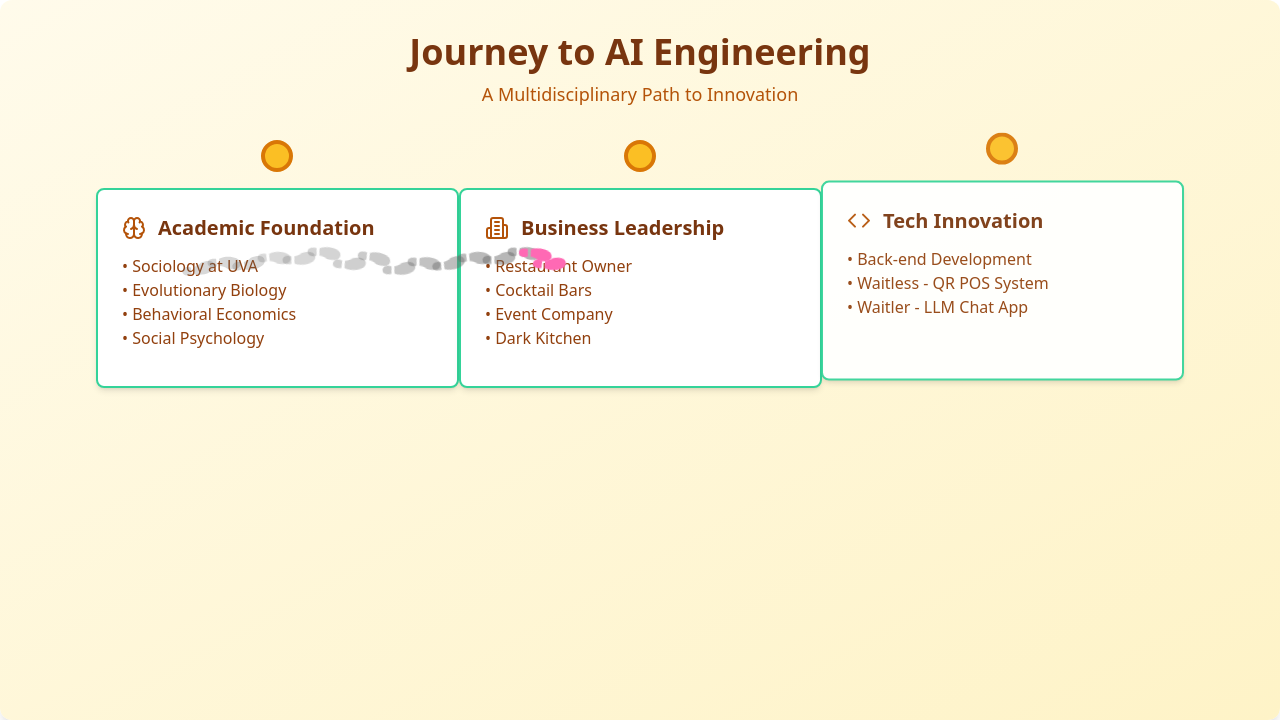
Repository: Galbaz1/dell_presentation
Page: /
These files come from the project's save history. The page is drawn as it stood at one moment and after the next save; the edit follows.
The browser window is 1280 px wide. The pictures show the whole page.
The project was rebuilt for these pictures with package versions that can differ from the ones it lists, and the page was loaded fresh each time. The framework's server and built-in components were replaced by stand-ins that run in the browser.

Above is the page before, as saved 2024-11-11 13:34:25.

### pages/_app.tsx
import '../styles/globals.css'
import '../styles/speaker_intro.css'
import type { AppProps } from 'next/app'

function MyApp({ Component, pageProps }: AppProps) {
  return <Component {...pageProps} />
}

export default MyApp

### pages/index.tsx
import React from 'react';
import { Brain, Building2, Code, Users, ArrowRight, RefreshCcw } from 'lucide-react';
import FootstepsAnimation from '../components/FootstepsAnimation';

const SpeakerSlide: React.FC = () => {
  return (
    <div className="bg-gradient-to-br from-amber-50 to-amber-100 p-8 rounded-xl shadow-lg min-h-screen overflow-hidden">
      {/* Header */}
      <div className="mb-12 text-center">
        <h1 className="text-4xl font-bold text-amber-900 mb-2">Journey to AI Engineering</h1>
        <p className="text-lg text-amber-700">A Multidisciplinary Path to Innovation</p>
      </div>

      {/* Journey Map */}
      <div className="relative mb-16 mx-auto max-w-[1400px]">
        <FootstepsAnimation />
        {/* Journey Stations */}
        <div className="relative flex justify-between items-center px-16">
          {/* Academic Foundation */}
          <div className="w-96 relative fall-animation">
            <div className="absolute -top-4 left-1/2 transform -translate-x-1/2">
              <div className="w-8 h-8 rounded-full bg-amber-400 border-4 border-amber-600" />
            </div>
            <div className="bg-white p-6 rounded-lg shadow-md mt-8 h-[200px] flex flex-col border-2 border-emerald-400">
              <h2 className="text-xl font-semibold text-amber-900 mb-3 flex items-center">
                <Brain className="mr-3 text-amber-700 w-6 h-6" /> Academic Foundation
              </h2>
              <ul className="text-base text-amber-800 flex-1">
                <li>• Sociology at UVA</li>
                <li>• Evolutionary Biology</li>
                <li>• Behavioral Economics</li>
                <li>• Social Psychology</li>
              </ul>
            </div>
          </div>

          {/* Business Experience */}
          <div className="w-96 relative fall-animation fall-animation-delay-1">
            <div className="absolute -top-4 left-1/2 transform -translate-x-1/2">
              <div className="w-8 h-8 rounded-full bg-amber-400 border-4 border-amber-600" />
            </div>
            <div className="bg-white p-6 rounded-lg shadow-md mt-8 h-[200px] flex flex-col border-2 border-emerald-400">
              <h2 className="text-xl font-semibold text-amber-900 mb-3 flex items-center">
                <Building2 className="mr-3 text-amber-700 w-6 h-6" /> Business Leadership
              </h2>
              <ul className="text-base text-amber-800 flex-1">
                <li>• Restaurant Owner</li>
                <li>• Cocktail Bars</li>
                <li>• Event Company</li>
                <li>• Dark Kitchen</li>
              </ul>
            </div>
          </div>

          {/* Tech Innovation */}
          <div className="w-96 relative fall-animation fall-animation-delay-2">
            <div className="absolute -top-4 left-1/2 transform -translate-x-1/2">
              <div className="w-8 h-8 rounded-full bg-amber-400 border-4 border-amber-600" />
            </div>
            <div className="bg-white p-6 rounded-lg shadow-md mt-8 h-[200px] flex flex-col border-2 border-emerald-400">
              <h2 className="text-xl font-semibold text-amber-900 mb-3 flex items-center">
                <Code className="mr-3 text-amber-700 w-6 h-6" /> Tech Innovation
              </h2>
              <ul className="text-base text-amber-800 flex-1">
                <li>• Back-end Development</li>
                <li>• Waitless - QR POS System</li>
                <li>• Waitler - LLM Chat App</li>
              </ul>
            </div>
          </div>
        </div>
      </div>

      {/* Current Roles Synergy Circle */}
      <div className="relative max-w-[1200px] mx-auto mt-24">
        {/* Synergy Arrows */}
        <div className="absolute left-0 right-0 mx-auto w-28 top-[80px] synergy-animation z-10">
          <div className="relative w-full h-full">
            <RefreshCcw className="w-full h-full text-amber-600 animate-spin-slow" />
            <div className="absolute top-1/2 left-1/2 transform -translate-x-1/2 -translate-y-1/2 text-sm text-amber-800 font-semibold bg-white px-3 py-1 rounded">
              Synergy
            </div>
          </div>
        </div>

        <div className="flex justify-between items-center synergy-animation px-16">
          {/* AI Engineering Role */}
          <div className="w-[480px] bg-white p-8 rounded-lg shadow-md border-2 border-amber-400 h-[160px] flex flex-col">
            <h2 className="text-2xl font-semibold text-amber-900 mb-3 flex items-center">
              <Brain className="mr-3 text-amber-700 w-6 h-6" /> AI Engineering
            </h2>
            <p className="text-base text-amber-800">
              Freelance AI solutions architect combining technical expertise with business acumen
            </p>
          </div>

          {/* AI Builders Role */}
          <div className="w-[480px] bg-white p-8 rounded-lg shadow-md border-2 border-amber-400 h-[160px] flex flex-col">
            <h2 className="text-2xl font-semibold text-amber-900 mb-3 flex items-center">
              <Users className="mr-3 text-amber-700 w-6 h-6" /> AI Builders Club
            </h2>
            <p className="text-base text-amber-800">
              Community lead fostering AI innovation in Amsterdam, Rotterdam, and Berlin
            </p>
          </div>
        </div>
      </div>
    </div>
  );
};

export default SpeakerSlide;

### styles/speaker_intro.css
@keyframes spin-slow {
  from {
    transform: rotate(0deg);
  }
  to {
    transform: rotate(360deg);
  }
}

.animate-spin-slow {
  animation: spin-slow 20s linear infinite;
}

@keyframes fallIn {
  0% {
    transform: translateY(-100vh) rotate(0deg);
    opacity: 0;
  }
  60% {
    transform: translateY(20px) rotate(720deg);
  }
  80% {
    transform: translateY(-10px) rotate(720deg);
  }
  100% {
    transform: translateY(0) rotate(720deg);
    opacity: 1;
  }
}

@keyframes footsteps {
  0% {
    clip-path: inset(0 100% 0 0);
  }
  100% {
    clip-path: inset(0 0 0 0);
  }
}

@keyframes dotted-line {
  0% {
    stroke-dashoffset: 1000;
  }
  100% {
    stroke-dashoffset: 0;
  }
}

@keyframes synergy-appear {
  0% {
    transform: scale(0) rotate(0deg);
    opacity: 0;
  }
  100% {
    transform: scale(1) rotate(360deg);
    opacity: 1;
  }
}

.fall-animation {
  opacity: 0;
  animation: fallIn 2s cubic-bezier(0.25, 0.46, 0.45, 0.94) forwards;
}

.fall-animation-delay-1 {
  animation-delay: 2s;
}

.fall-animation-delay-2 {
  animation-delay: 4s;
}

.footsteps-path {
  stroke-dasharray: 10;
  stroke-dashoffset: 1000;
  animation: dotted-line 1.5s ease-in-out forwards;
}

.footsteps-animation-1 {
  animation-delay: 1.5s;
}

.footsteps-animation-2 {
  animation-delay: 3.5s;
}

.synergy-animation {
  opacity: 0;
  animation: synergy-appear 2s cubic-bezier(0.34, 1.56, 0.64, 1) forwards;
  animation-delay: 6s;
}

/* Footsteps styling */
.footstep {
  position: absolute;
  width: 24px;
  height: 36px;
  fill: #ff69b4;
  opacity: 1;
  transform-origin: center;
  z-index: 51;
}

.footstep.active {
  opacity: 1;
}

.footstep.trail {
  fill: #666;
  opacity: 0.5;
}

.ghost-trail .footstep {
  fill: #666;
  opacity: 0.5;
}

/* First block path animation */
@keyframes first-block-path {
  0% { transform: translate(0, 0) rotate(0deg); opacity: 0; }
  5% { transform: translate(0, 0) rotate(0deg); opacity: 1; }
  20% { transform: translate(-100px, 0) rotate(-90deg); }
  35% { transform: translate(-100px, 100px) rotate(-90deg); }
  50% { transform: translate(0, 100px) rotate(0deg); }
  65% { transform: translate(0, 0) rotate(90deg); }
  80% { transform: translate(100px, 0) rotate(90deg); }
  95% { transform: translate(100px, 0) rotate(90deg); opacity: 1; }
  100% { transform: translate(100px, 0) rotate(90deg); opacity: 0; }
}

.first-block-path .left-step {
  animation: first-block-path 4s ease-in-out forwards;
}

.first-block-path .right-step {
  animation: first-block-path 4s ease-in-out 0.5s forwards;
}

/* Second block path animation */
@keyframes second-block-path {
  /* Similar to first-block-path but adjusted for second block position */
}

.second-block-path .left-step {
  animation: second-block-path 4s ease-in-out 4s forwards;
}

.second-block-path .right-step {
  animation: second-block-path 4s ease-in-out 4.5s forwards;
}

/* Third block path animation */
@keyframes third-block-path {
  /* Similar to previous paths but adjusted for third block position */
}

.third-block-path .left-step {
  animation: third-block-path 4s ease-in-out 8s forwards;
}

.third-block-path .right-step {
  animation: third-block-path 4s ease-in-out 8.5s forwards;
}

/* Trail effect */
.footstep-trail {
  position: absolute;
  opacity: 0.3;
  transition: opacity 0.5s ease-out;
}

.footstep-trail.fade {
  opacity: 0;
}

.ghost-trail {
  position: absolute;
  fill: #666;
  opacity: 0.5;
  transition: opacity 1s ease-out;
  z-index: 50;
}

.ghost-trail-container {
  position: fixed;
  top: 0;
  left: 0;
  width: 100%;
  height: 100%;
  pointer-events: none;
  z-index: 50;
  overflow: hidden;
}

### components/FootstepsAnimation.tsx
import React, { useEffect, useRef } from 'react';
import gsap from 'gsap';

interface FootProps {
  ref: React.RefObject<SVGSVGElement>;
}

const RightFootprint = React.forwardRef<SVGSVGElement>((_, ref) => (
  <svg
    ref={ref}
    width="24"
    height="36"
    viewBox="0 0 16 32"
    fill="currentColor"
    xmlns="http://www.w3.org/2000/svg"
    className="footstep right-step"
    style={{ transform: 'rotate(90deg)' }}
  >
    <path d="M5.058 20.918l6.21-1.664c-0.204-2.22 0-4.745 1.205-7.11 0.18-6.195-1.867-11.962-6.835-10.631-5.468 1.465-4.865 13.899-0.58 19.404v0zM5.468 23.537c0.343 11.974 12.512 6.497 6.318-1.693l-6.318 1.693z" />
  </svg>
));

const LeftFootprint = React.forwardRef<SVGSVGElement>((_, ref) => (
  <svg
    ref={ref}
    width="24"
    height="36"
    viewBox="20 0 16 32"
    fill="currentColor"
    xmlns="http://www.w3.org/2000/svg"
    className="footstep left-step"
    style={{ transform: 'rotate(90deg)' }}
  >
    <path d="M27.227 20.917l-6.21-1.664c0.204-2.22-0-4.745-1.205-7.11-0.18-6.195 1.867-11.962 6.835-10.631 5.468 1.466 4.865 13.9 0.58 19.404v0zM26.818 23.536c-0.343 11.973-12.512 6.497-6.318-1.693l6.318 1.693z" />
  </svg>
));

const FootstepsAnimation: React.FC = () => {
  const leftFootRef = useRef<SVGSVGElement>(null);
  const rightFootRef = useRef<SVGSVGElement>(null);
  const ghostTrailRef = useRef<HTMLDivElement>(null);

  useEffect(() => {
    if (!leftFootRef.current || !rightFootRef.current || !ghostTrailRef.current) return;

    // River-like flowing path with gentle curves
    const flowingPath = [
      // Start at first orange circle
      { x: 200, y: 250 },    // Starting position
      { x: 250, y: 245 },    // Slight upward curve
      { x: 300, y: 240 },    // Continue gentle rise
      { x: 350, y: 245 },    // Start subtle dip
      { x: 400, y: 250 },    // Return to middle height
      // Middle section (to second circle)
      { x: 450, y: 245 },    // Begin second curve up
      { x: 500, y: 240 },    // Peak of middle curve
      { x: 550, y: 245 },    // Start descending
      { x: 600, y: 250 },    // Level at second circle
      // Final section (to third circle)
      { x: 650, y: 245 },    // Final curve begins
      { x: 700, y: 240 },    // Last gentle rise
      { x: 750, y: 245 },    // Approaching end
      { x: 800, y: 250 },    // End at third circle
    ];

    const createGhostTrail = (
      element: SVGSVGElement,
      x: number,
      y: number,
      rotation: number = 0
    ): void => {
      if (!ghostTrailRef.current) return;

      const ghost = element.cloneNode(true) as SVGSVGElement;
      ghost.style.position = 'absolute';
      ghost.style.left = `${x}px`;
      ghost.style.top = `${y}px`;
      ghost.style.transform = `rotate(${rotation + 90}deg)`;
      ghost.classList.add('ghost-trail');

      ghostTrailRef.current.appendChild(ghost);

      // Maintain more visible ghost trail
      gsap.to(ghost, {
        opacity: 0.25,  // Increased visibility
        duration: 3,    // Longer duration
        ease: "none",   // Linear fade for consistent trail
      });
    };

    const animateFootstep = (
      foot: SVGSVGElement,
      path: Array<{x: number, y: number}>,
      delay: number,
      isLeft: boolean
    ): void => {
      path.forEach((point, index) => {
        const prevPoint = index > 0 ? path[index - 1] : point;
        const nextPoint = index < path.length - 1 ? path[index + 1] : point;

        const rotation = Math.atan2(
          nextPoint.y - prevPoint.y,
          nextPoint.x - prevPoint.x
        ) * 180 / Math.PI;

        // Swapped vertical offsets and reduced distance by 50%
        const verticalOffset = isLeft ? 5 : -5; // Changed from -10/+10 to +5/-5

        gsap.to(foot, {
          x: point.x + (isLeft ? -12 : 12),
          y: point.y + verticalOffset,
          rotation: rotation + 90 + (isLeft ? -15 : 15),
          duration: 0.6,
          delay: delay + (index * 0.7),
          ease: "power2.inOut",
          onComplete: () => createGhostTrail(
            foot,
            point.x + (isLeft ? -12 : 12),
            point.y + verticalOffset,
            rotation + (isLeft ? -15 : 15)
          ),
        });
      });
    };

    // Start animations with proper timing
    const timeline = gsap.timeline();

    // Animate both feet with slight offset for natural walking
    animateFootstep(leftFootRef.current, flowingPath, 0, true);
    animateFootstep(rightFootRef.current, flowingPath, 0.35, false); // Increased offset

    return () => {
      timeline.kill();
    };
  }, []);

  return (
    <div className="fixed inset-0 pointer-events-none" style={{ zIndex: 50 }}>
      <div
        ref={ghostTrailRef}
        className="ghost-trail-container"
        style={{ zIndex: 50 }}
      />
      <LeftFootprint ref={leftFootRef} />
      <RightFootprint ref={rightFootRef} />
    </div>
  );
};

RightFootprint.displayName = 'RightFootprint';
LeftFootprint.displayName = 'LeftFootprint';

export default FootstepsAnimation;

### tailwind.config.js
/** @type {import('tailwindcss').Config} */
module.exports = {
  content: [
    "./pages/**/*.{js,ts,jsx,tsx}",
    "./components/**/*.{js,ts,jsx,tsx}",
    "./styles/**/*.css",
  ],
  theme: {
    extend: {},
  },
  plugins: [],
}

Loaded but not shown: styles/globals.css (common file)

After the next save:
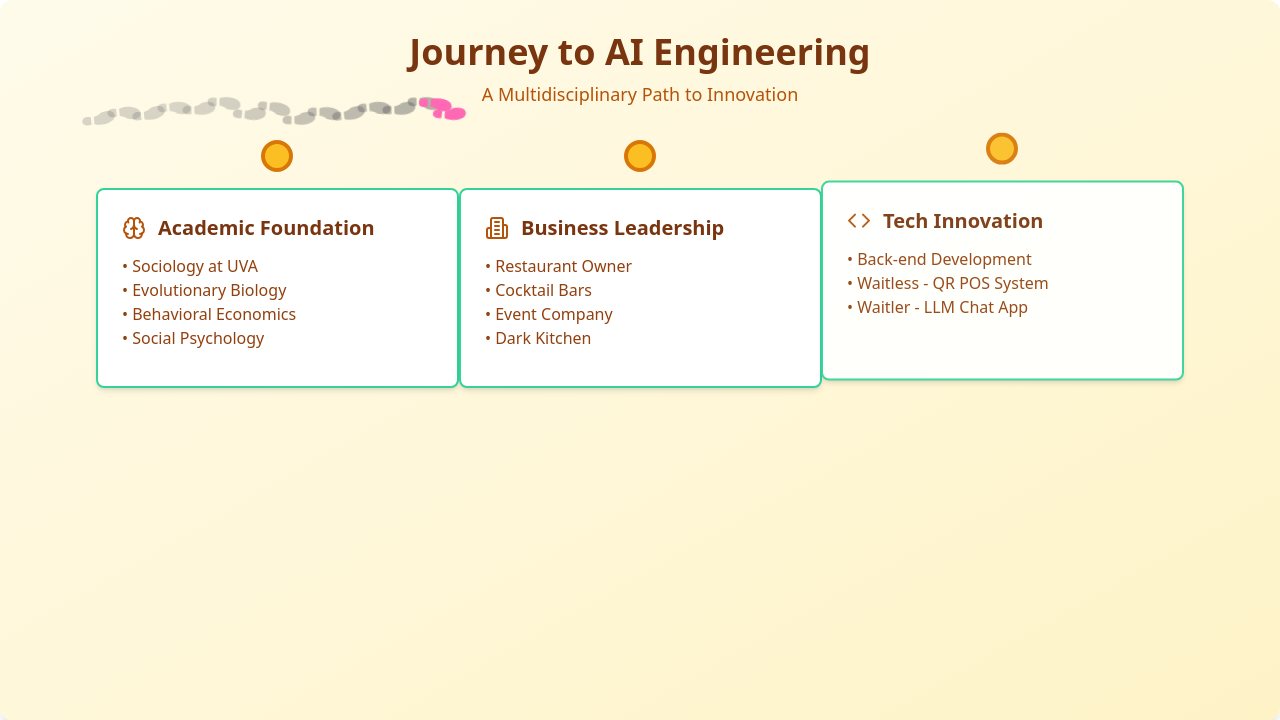
Saved 65 s later.
--- a/components/FootstepsAnimation.tsx
+++ b/components/FootstepsAnimation.tsx
@@ -45,22 +45,22 @@ const FootstepsAnimation: React.FC = () => {
 
     // River-like flowing path with gentle curves
     const flowingPath = [
-      // Start at first orange circle
-      { x: 200, y: 250 },    // Starting position
-      { x: 250, y: 245 },    // Slight upward curve
-      { x: 300, y: 240 },    // Continue gentle rise
-      { x: 350, y: 245 },    // Start subtle dip
-      { x: 400, y: 250 },    // Return to middle height
+      // Start at first orange circle (adjust these x,y values to match your orange circle)
+      { x: 100, y: 100 },    // Starting position - ADJUST THESE COORDINATES
+      { x: 150, y: 95 },     // Slight upward curve
+      { x: 200, y: 90 },     // Continue gentle rise
+      { x: 250, y: 95 },     // Start subtle dip
+      { x: 300, y: 100 },    // Return to middle height
       // Middle section (to second circle)
-      { x: 450, y: 245 },    // Begin second curve up
-      { x: 500, y: 240 },    // Peak of middle curve
-      { x: 550, y: 245 },    // Start descending
-      { x: 600, y: 250 },    // Level at second circle
+      { x: 350, y: 95 },     // Begin second curve up
+      { x: 400, y: 90 },     // Peak of middle curve
+      { x: 450, y: 95 },     // Start descending
+      { x: 500, y: 100 },    // Level at second circle
       // Final section (to third circle)
-      { x: 650, y: 245 },    // Final curve begins
-      { x: 700, y: 240 },    // Last gentle rise
-      { x: 750, y: 245 },    // Approaching end
-      { x: 800, y: 250 },    // End at third circle
+      { x: 550, y: 95 },     // Final curve begins
+      { x: 600, y: 90 },     // Last gentle rise
+      { x: 650, y: 95 },     // Approaching end
+      { x: 700, y: 100 },    // End at third circle
     ];
 
     const createGhostTrail = (
